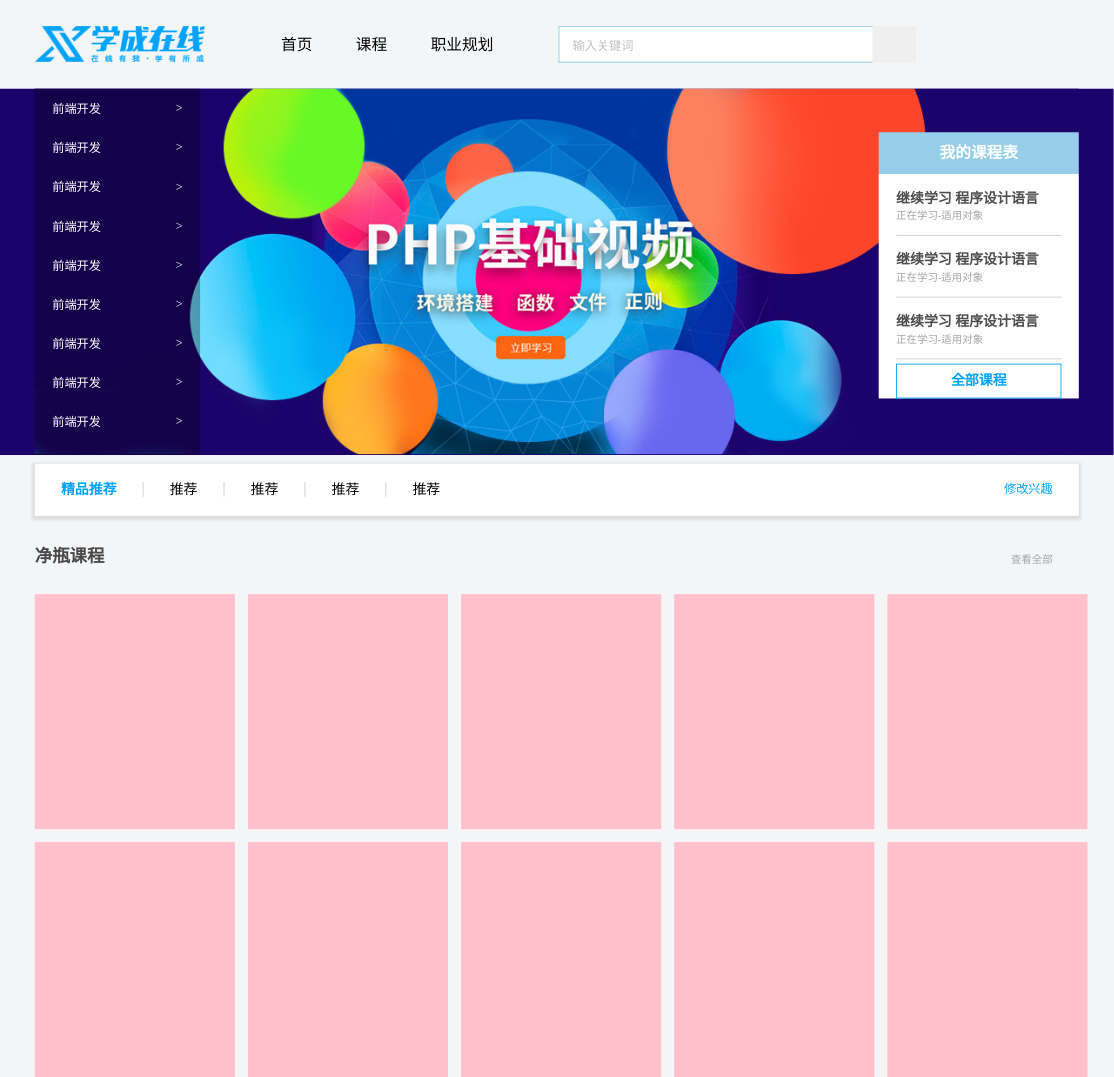
Repository: R1Deemo/Web-Project
Page: index..html
These files come from the project's save history. The page is drawn as it stood at one moment and after the next save; the edit follows.
The browser window is 1280 px wide. The pictures show the whole page, at 87% of full size.

Above is the page before, as saved 2022-03-09 19:23:20.

After the next save:
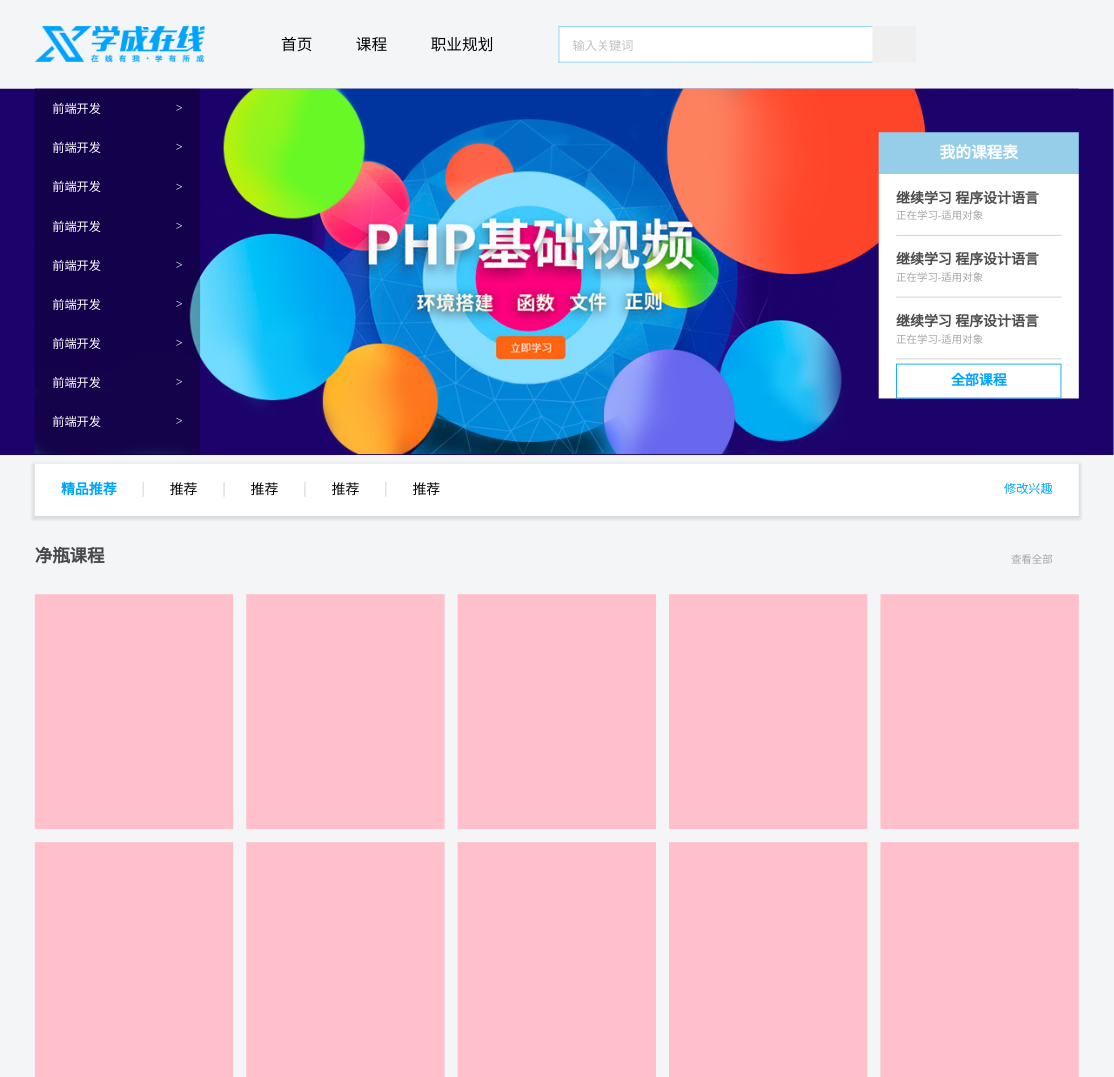
Saved 35 s later.
--- a/style.css
+++ b/style.css
@@ -232,7 +232,7 @@
 
 .box-bd ul li {
     float: left;
-    width: 230px;
+    width: 228px;
     height: 270px;
     background-color: pink;
     margin-right: 15px;
